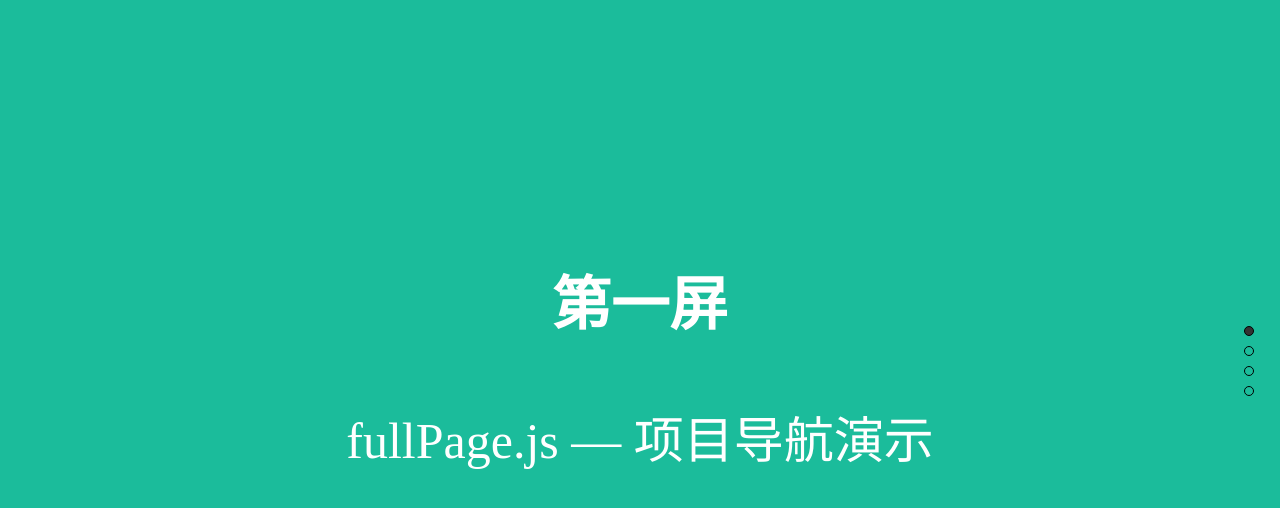
Repository: tfdonna/fontend
Page: js第一阶段/jquery/WebContent/hw02-全屏滚动四屏.html
These files come from the project's save history. The page is drawn as it stood at one moment and after the next save; the edit follows.
The browser window is 1280 px wide. The pictures show the whole page.

Above is the page before, as saved 2021-09-06 10:27:59.

### js第一阶段/jquery/WebContent/hw02-全屏滚动四屏.html
<!DOCTYPE html>
<html>
<head>
	<meta charset="UTF-8">
	<title>全屏滚动</title>

	<link rel="stylesheet" href="fullPage/css/jquery.fullPage.css">
	<style>
	.section {
		text-align: center;
		font: 50px "Microsoft Yahei";
		color: #fff;
	}
	</style>

	<script src="fullPage/js/jquery-1.8.3.min.js"></script>
	<script src="fullPage/js/jquery.fullPage.min.js"></script>
	<script>
	$(function(){
	    $('#dowebok').fullpage({
	        sectionsColor: ['#1bbc9b', '#4BBFC3', '#7BAABE', '#f90'],
	        'navigation': true,
	    });
	});
	</script>
</head>
<body>
	<div id="dowebok">
	    <div class="section">
	        <h3>第一屏</h3>
	        <p>fullPage.js — 项目导航演示</p>
	    </div>
	    <div class="section">
	        <h3>第二屏</h3>
	        <p>请查看右边的圆圈</p>
	    </div>
	    <div class="section">
	        <h3>第三屏</h3>
	        <p>圆圈还可以设置位置，颜色，加上 tip，点击可以控制</p>
	    </div>
	    <div class="section">
	        <h3>第四屏</h3>
	        <p>这是最后一屏</p>
	    </div>
	</div>
</body>
</html>

Loaded but not shown: js第一阶段/jquery/WebContent/fullPage/css/jquery.fullPage.css (library); js第一阶段/jquery/WebContent/fullPage/js/jquery-1.8.3.min.js (library); js第一阶段/jquery/WebContent/fullPage/js/jquery.fullPage.min.js (library)

After the next save:
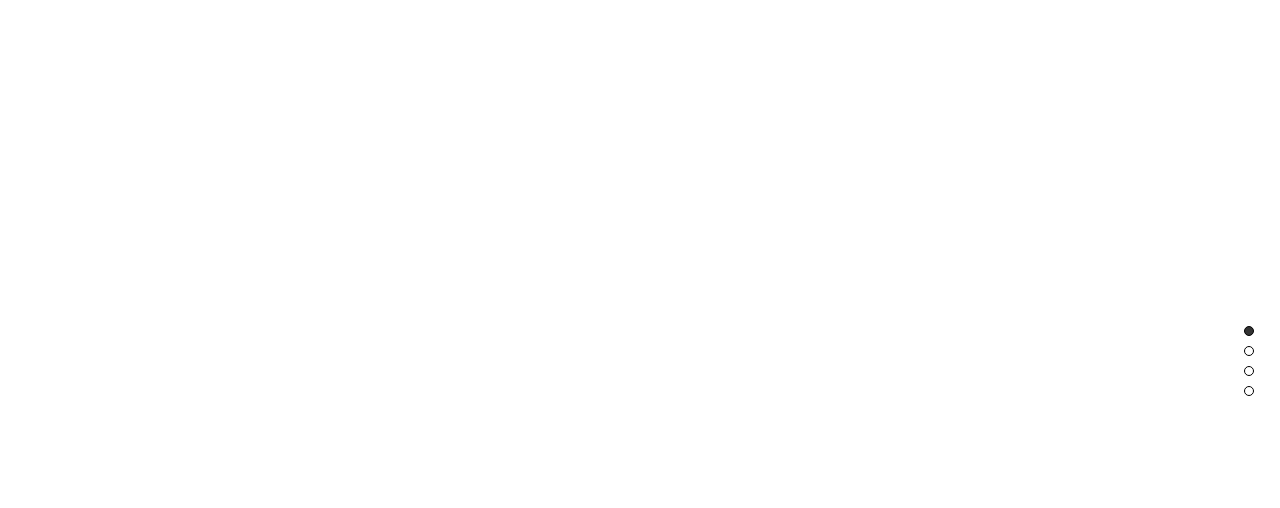
Saved 33 s later.
--- a/js第一阶段/jquery/WebContent/hw02-全屏滚动四屏.html
+++ b/js第一阶段/jquery/WebContent/hw02-全屏滚动四屏.html
@@ -18,7 +18,7 @@
 	<script>
 	$(function(){
 	    $('#dowebok').fullpage({
-	        sectionsColor: ['#1bbc9b', '#4BBFC3', '#7BAABE', '#f90'],
+	        sectionsColor: ['images/jz1.jpg', '#4BBFC3', '#7BAABE', '#f90'],
 	        'navigation': true,
 	    });
 	});

After the save that followed:
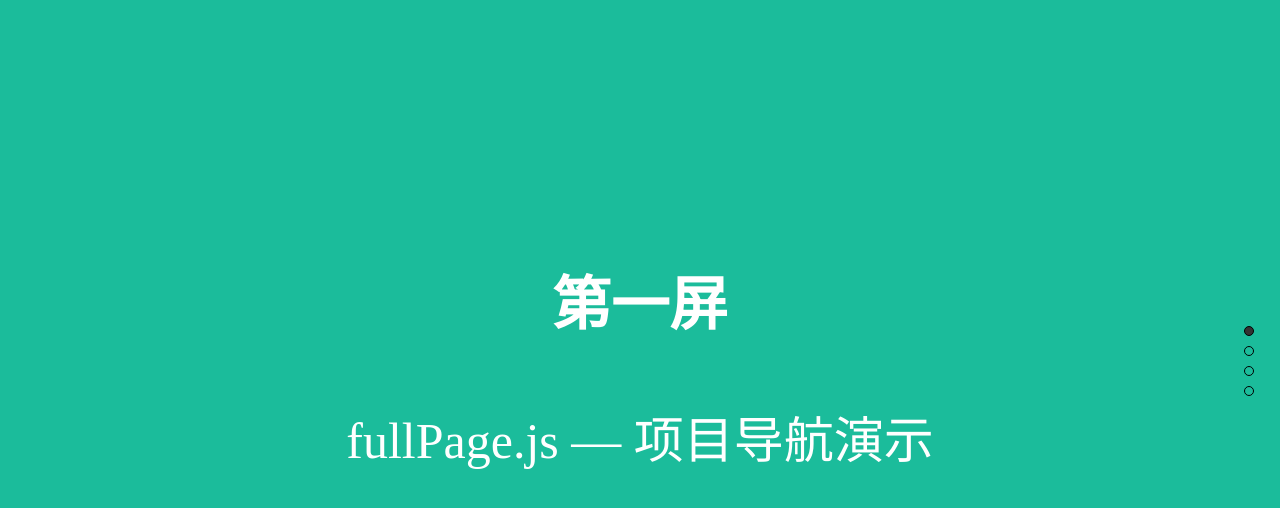
Saved 10 s later.
--- a/js第一阶段/jquery/WebContent/hw02-全屏滚动四屏.html
+++ b/js第一阶段/jquery/WebContent/hw02-全屏滚动四屏.html
@@ -18,7 +18,7 @@
 	<script>
 	$(function(){
 	    $('#dowebok').fullpage({
-	        sectionsColor: ['images/jz1.jpg', '#4BBFC3', '#7BAABE', '#f90'],
+	        sectionsColor: ['#1bbc9b', '#4BBFC3', '#7BAABE', '#f90'],
 	        'navigation': true,
 	    });
 	});
